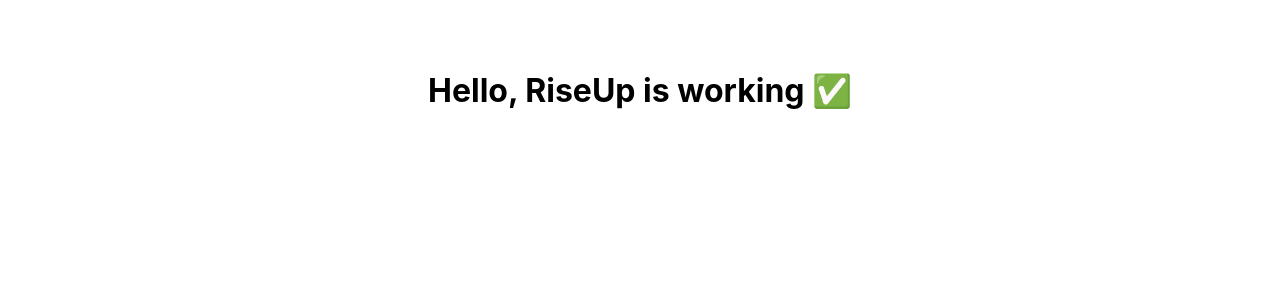
Repository: rakeshkumar1012/riseup
Page: /
These files come from the project's save history. The page is drawn as it stood at one moment and after the next save; the edit follows.
The browser window is 1280 px wide. The pictures show the whole page.
The project was rebuilt for these pictures with package versions that can differ from the ones it lists, and the page was loaded fresh each time.

Above is the page before, as saved 2025-07-05 02:53:22.

### src/App.js
function App() {
  return (
    <div style={{ textAlign: "center", paddingTop: "50px" }}>
      <h1>Hello, RiseUp is working ✅</h1>
    </div>
  );
}

export default App;

### src/components/Greeting.js
// src/components/Greeting.js
function Greeting() {
  const hour = new Date().getHours();
  let message = "Good Morning";

  if (hour >= 12 && hour < 18) message = "Good Afternoon";
  else if (hour >= 18) message = "Good Evening";

  return (
    <div className="text-2xl font-bold text-white mb-4">
      🌅 {message}, Rakesh!
    </div>
  );
}

export default Greeting;

### src/components/Weather.js
// src/components/Weather.js
function Weather() {
  return (
    <div className="p-4 bg-white/10 backdrop-blur-md rounded-xl text-white">
      🌤️ Weather Info (Coming Soon)
    </div>
  );
}

export default Weather;

### src/components/Quote.js
// src/components/Quote.js
function Quote() {
  return (
    <div className="p-4 bg-white/10 backdrop-blur-md rounded-xl text-white">
      💡 Motivational Quote (Coming Soon)
    </div>
  );
}

export default Quote;

### src/components/DailyTask.js
// src/components/DailyTask.js
function DailyTask() {
  return (
    <div className="p-4 bg-white/10 backdrop-blur-md rounded-xl text-white">
      🎯 Today's Goal (Coming Soon)
    </div>
  );
}

export default DailyTask;

### src/components/News.js
// src/components/News.js
function News() {
  return (
    <div className="p-4 bg-white/10 backdrop-blur-md rounded-xl text-white">
      🗞️ News Headlines (Coming Soon)
    </div>
  );
}

export default News;

### src/components/Exercise.js
// src/components/Exercise.js
function Exercise() {
  return (
    <div className="p-4 bg-white/10 backdrop-blur-md rounded-xl text-white">
      🏃‍♂️ Exercise Suggestion (Coming Soon)
    </div>
  );
}

export default Exercise;

### src/components/Commute.js
// src/components/Commute.js
function Commute() {
  return (
    <div className="p-4 bg-white/10 backdrop-blur-md rounded-xl text-white">
      🚗 Commute Suggestion (Coming Soon)
    </div>
  );
}

export default Commute;

Loaded but not shown: public/index.html (common file); src/index.js (common file); src/index.css (common file); src/reportWebVitals.js (common file)

After the next save:
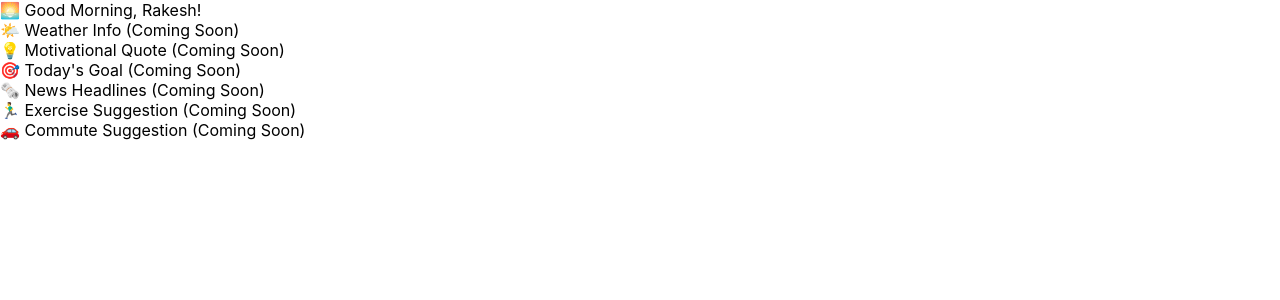
Saved 14 s later.
--- a/src/App.js
+++ b/src/App.js
@@ -1,7 +1,23 @@
+import Greeting from './components/Greeting';
+import Weather from './components/Weather';
+import Quote from './components/Quote';
+import DailyTask from './components/DailyTask';
+import News from './components/News';
+import Exercise from './components/Exercise';
+import Commute from './components/Commute';
+
 function App() {
   return (
-    <div style={{ textAlign: "center", paddingTop: "50px" }}>
-      <h1>Hello, RiseUp is working ✅</h1>
+    <div className="min-h-screen bg-gradient-to-br from-[#1e1e2f] to-[#3a3a4f] text-white px-4 py-6">
+      <div className="max-w-3xl mx-auto space-y-6">
+        <Greeting />
+        <Weather />
+        <Quote />
+        <DailyTask />
+        <News />
+        <Exercise />
+        <Commute />
+      </div>
     </div>
   );
 }
